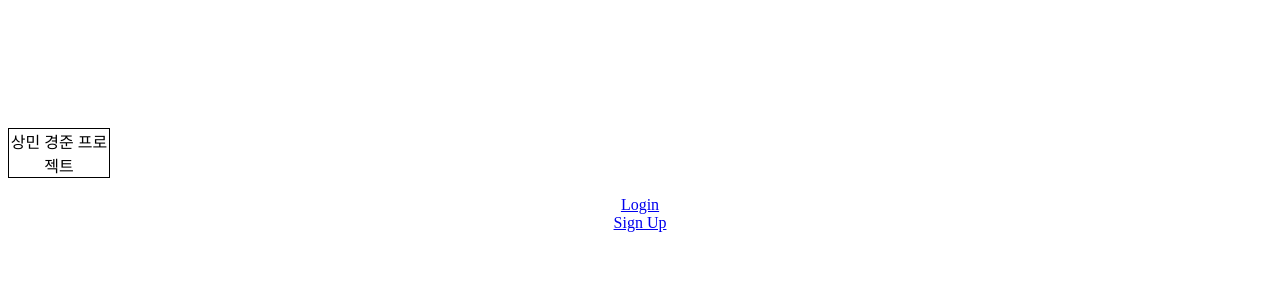
Repository: smandkd/Multicampus_Frontend
Page: http://localhost/Mulcam_Project/jsp/start.jsp
The author's editor kept a copy of each file at every save. The page is drawn from the files as they stood at one save, then again after the next save.
The browser window is 1280 px wide. The pictures show the whole page.
The page is served by Tomcat 9.

Above is the page before, as saved 2022-01-30 02:24:27.

### Mulcam_Project/jsp/start.jsp
<%@ page contentType="text/html; charset=utf-8"
    pageEncoding="EUC-KR"%>
<!DOCTYPE html>
<html>
<head>
<meta name="viewport" content="width=device-width, initial-scale=1.0">
<style type="text/css">
.a {
	text-align:center;
	padding-top:120px;
}
#b {
	border:1px solid;
	width:100px;]
}
</style>
</head>
<body>
<div class="a">
<div id="b">
 상민 경준 프로젝트
</div>
 <br/>
 	<a href="test_login.jsp">Login</a>
 	<br/>
 	<a href="test_signup.jsp">Sign Up</a>
</div>

</body>
</html>
<!--
 메인페이지

-- 로그인, 회원가입
-->

After the next save:
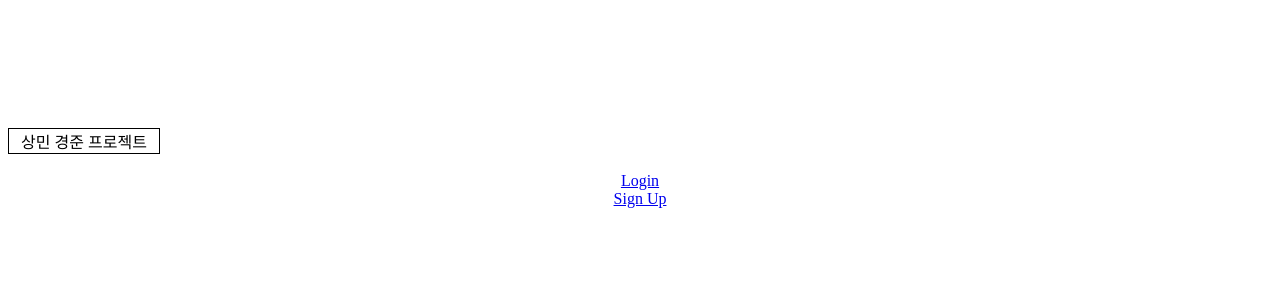
Saved 10 s later.
--- a/Mulcam_Project/jsp/start.jsp
+++ b/Mulcam_Project/jsp/start.jsp
@@ -11,7 +11,7 @@
 }
 #b {
 	border:1px solid;
-	width:100px;]
+	width:150px;
 }
 </style>
 </head>
